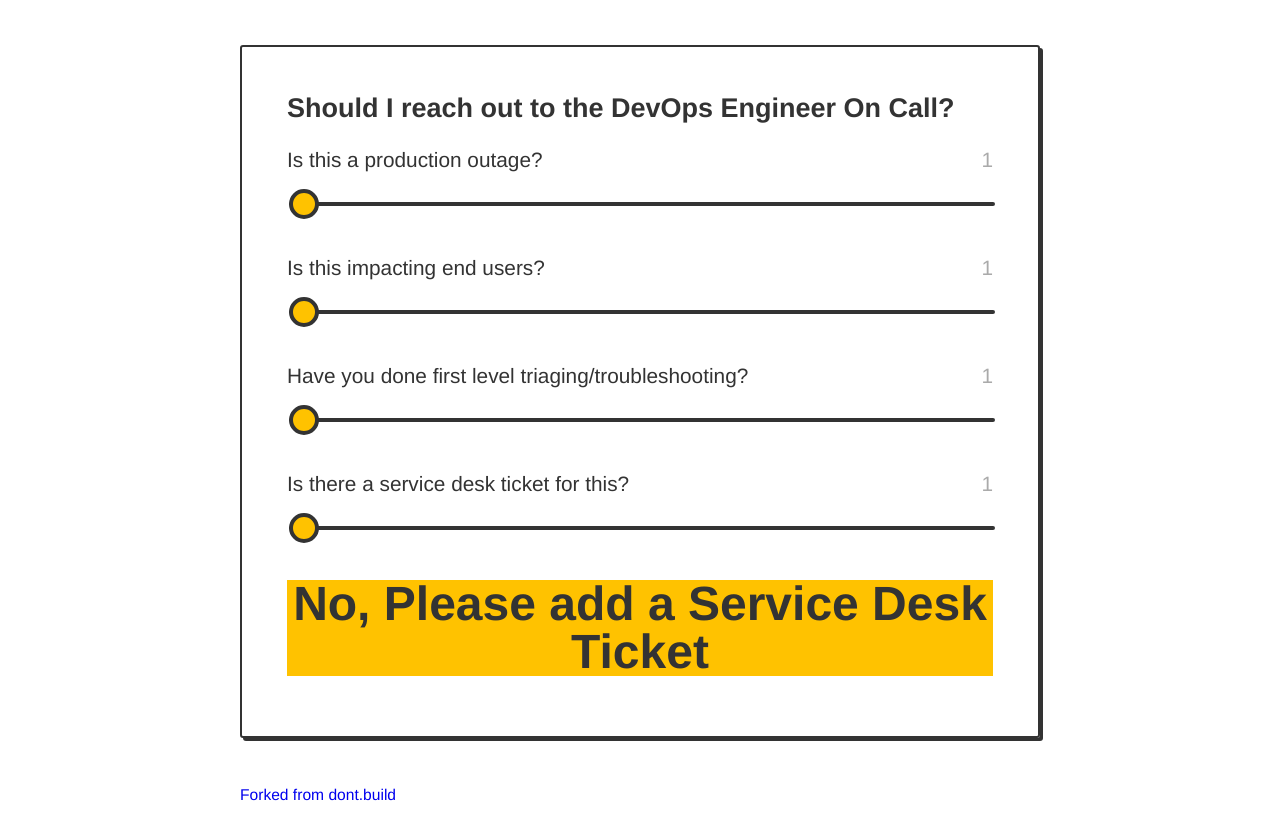
Repository: harishbsrinivas/dont.call
Page: index.html
The author's editor kept a copy of each file at every save. The page is drawn from the files as they stood at one save, then again after the next save.
The browser window is 1280 px wide. The pictures show the whole page.

Above is the page before, as saved 2022-12-04 11:41:52.

After the next save:
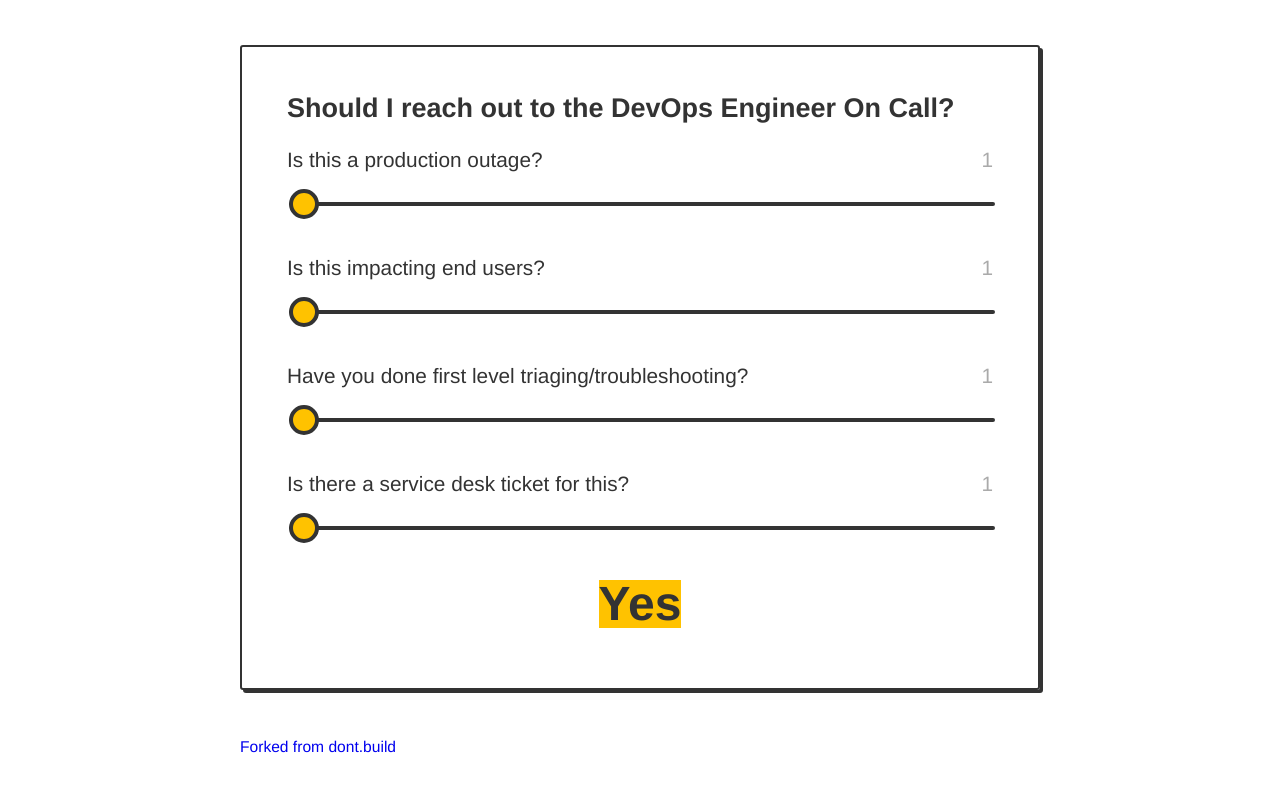
Saved 23 s later.
--- a/index.html
+++ b/index.html
@@ -59,7 +59,7 @@
             const params = [
                 { weight: 1, value: 1, negative: false, name: 'p-outage', },
                 { weight: 2, value: 1, negative: false, name: 'p-impact', },
-                { weight: 0.3, value: 1, negative: false, name: 'p-tshoot', },
+                { weight: 1, value: 1, negative: false, name: 'p-tshoot', },
                 { weight: 1, value: 1, negative: false, name: 'p-peers', },
             ]
 

After the save that followed:
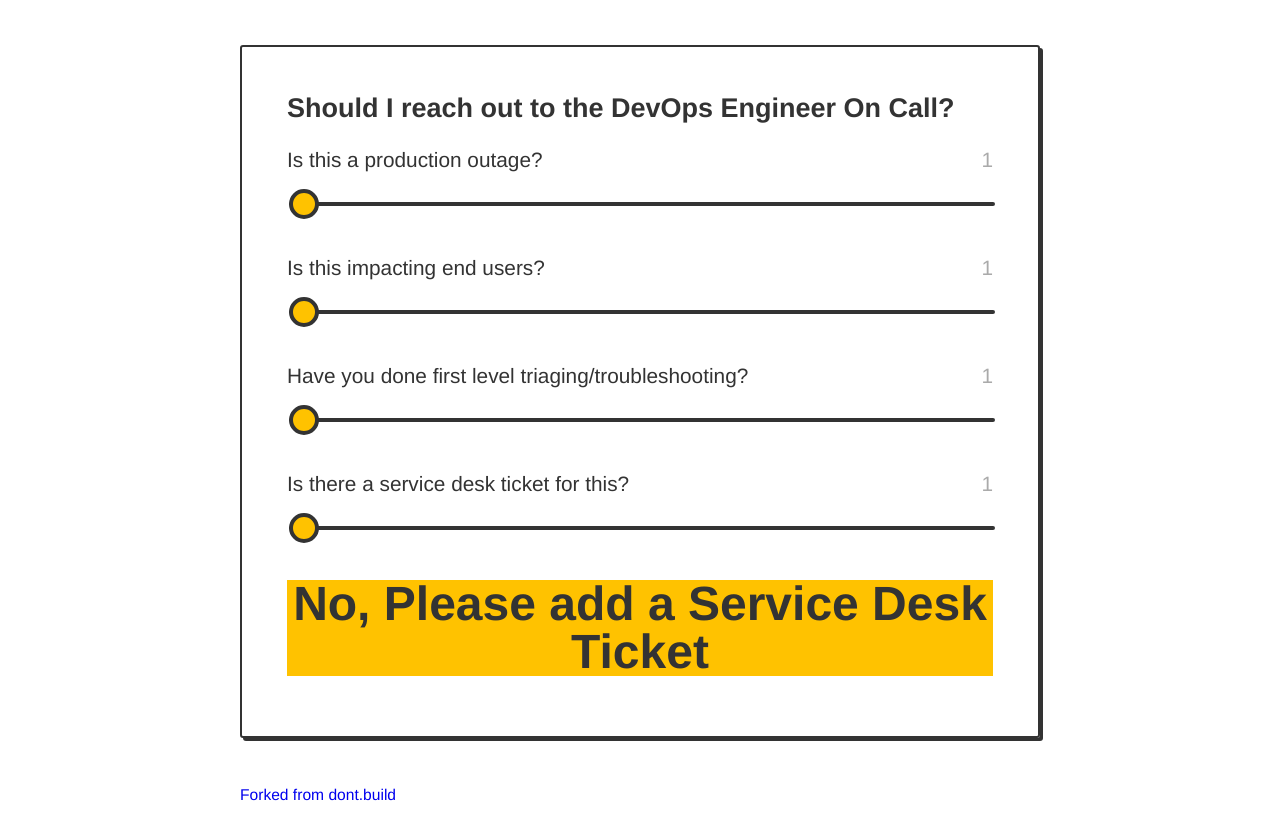
Saved 14 s later.
--- a/index.html
+++ b/index.html
@@ -59,7 +59,7 @@
             const params = [
                 { weight: 1, value: 1, negative: false, name: 'p-outage', },
                 { weight: 2, value: 1, negative: false, name: 'p-impact', },
-                { weight: 1, value: 1, negative: false, name: 'p-tshoot', },
+                { weight: 0.3, value: 1, negative: false, name: 'p-tshoot', },
                 { weight: 1, value: 1, negative: false, name: 'p-peers', },
             ]
 
